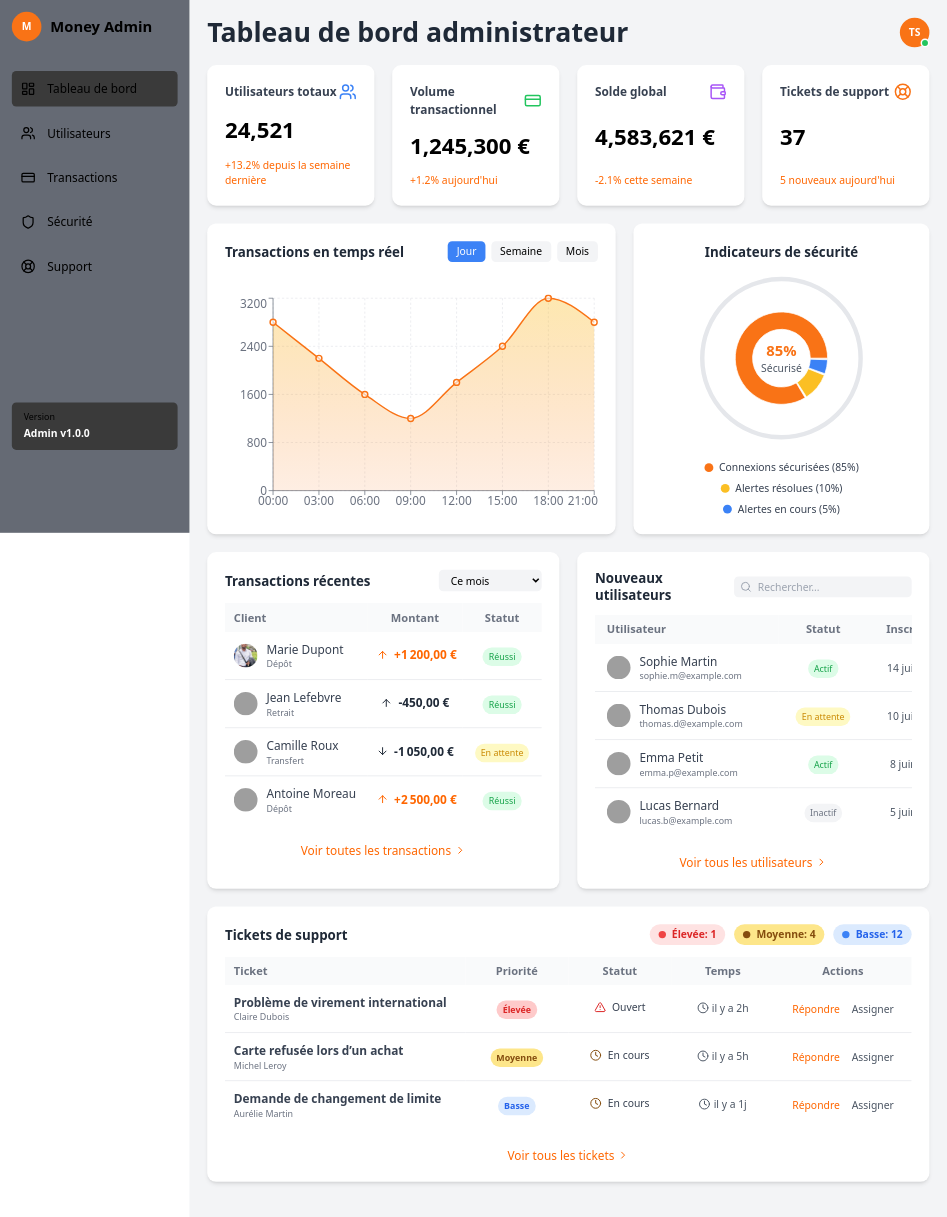
Repository: Edongo999/Dashboard
Page: /
An editor plug-in stored every save of this project. The page is shown before and after the next save, followed by the edit.
The browser window is 1280 px wide. The pictures show the whole page, at 74% of full size.
Pictures or frames that could not be fetched are drawn as grey boxes. The project was rebuilt for these pictures with package versions that can differ from the ones it lists, and the page was loaded fresh each time. Also part of the build but not shown: vite.config.ts.

Above is the page before, as saved 2025-10-15 06:09:44.

After the next save:
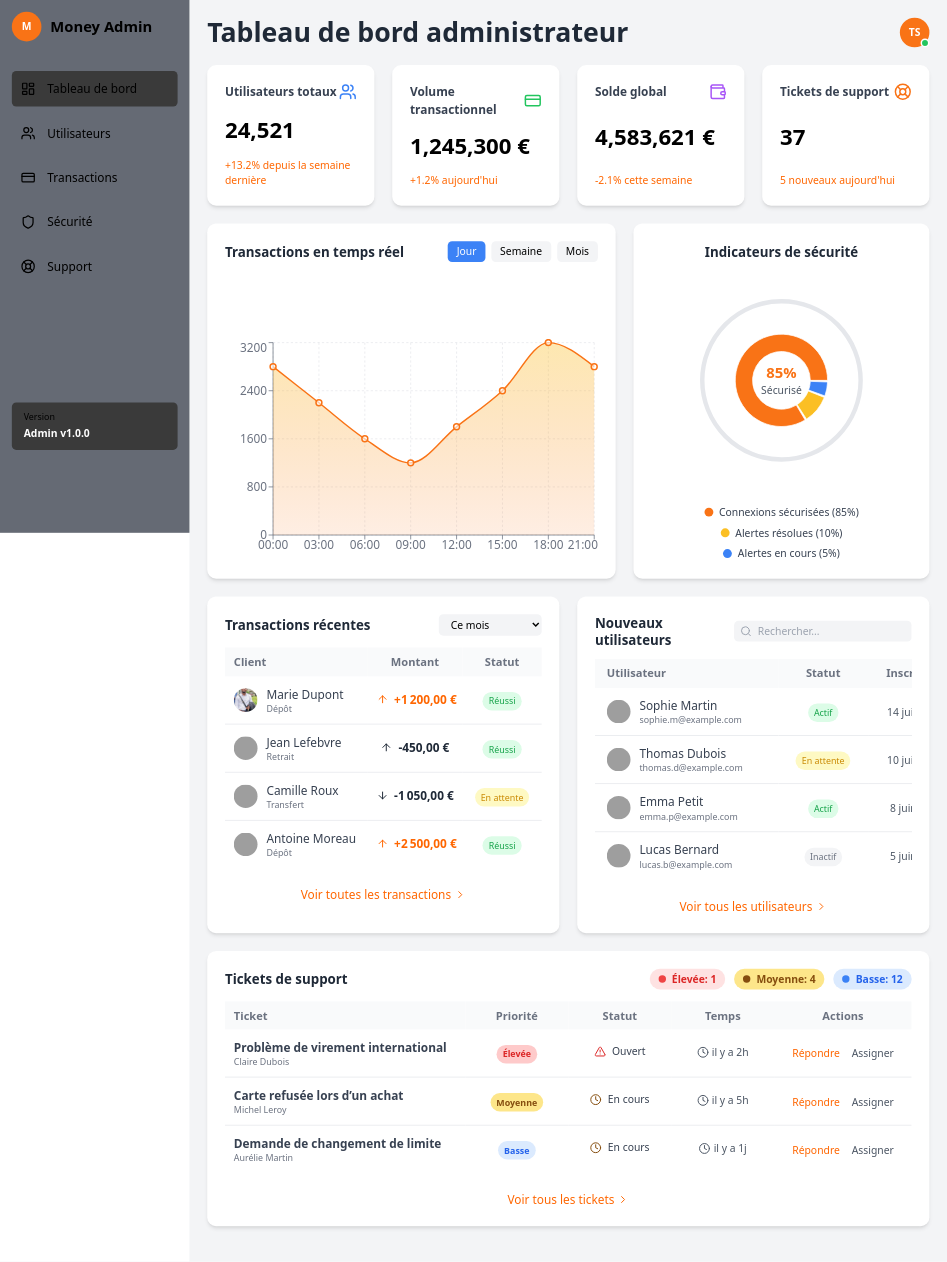
Saved 4 min 20 s later.
--- a/src/components/RealtimeChart.tsx
+++ b/src/components/RealtimeChart.tsx
@@ -1,3 +1,5 @@
+
+
 import {
   AreaChart,
   Area,
@@ -9,7 +11,6 @@ import {
 } from "recharts"
 import { useState } from "react"
 
-// ✅ Données pour chaque vue (jour, semaine, mois)
 const datasets = {
   jour: [
     { time: "00:00", value: 2800 },
@@ -42,10 +43,9 @@ const RealtimeChart = () => {
   const [view, setView] = useState<"jour" | "semaine" | "mois">("jour")
 
   return (
-    // ✅ Largeur fluide sans contrainte, aligné à gauche
-    <div className="bg-white rounded-[12px] shadow-md p-6 w-full flex flex-col justify-between min-h-[420px]">
+    // ✅ Largeur fluide, hauteur augmentée
+    <div className="bg-white rounded-[12px] shadow-md p-6 w-full flex flex-col justify-between min-h-[480px]">
 
-      {/* ✅ Titre + filtres */}
       <div className="flex items-center justify-between flex-wrap gap-4 mb-4">
         <h2 className="text-lg font-semibold text-gray-800">Transactions en temps réel</h2>
         <div className="flex gap-2">
@@ -63,7 +63,6 @@ const RealtimeChart = () => {
         </div>
       </div>
 
-      {/* ✅ Graphique visible avec hauteur fixe */}
       <div className="w-full h-[300px]">
         <ResponsiveContainer width="100%" height="100%">
           <AreaChart data={datasets[view]}>
